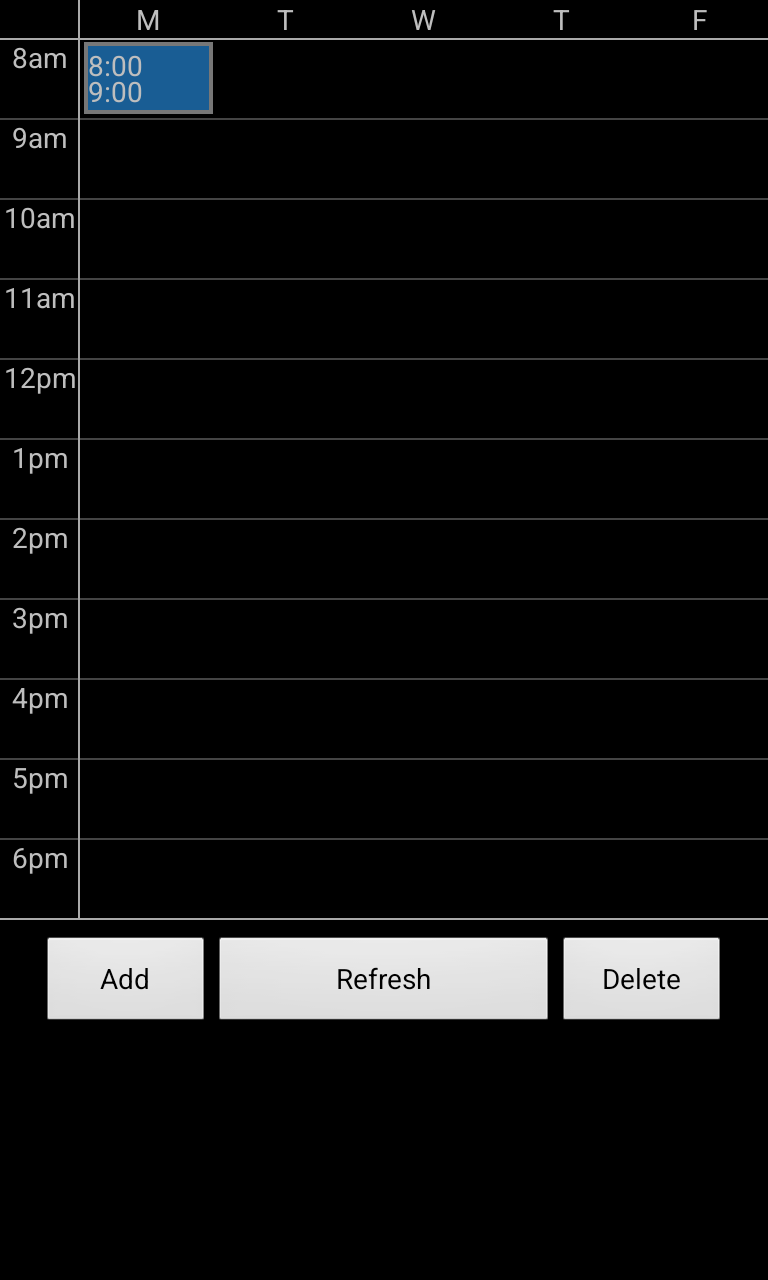
Repository: appsfactory/OfficeHours
Layout: OfficeHoursClient/res/layout/activity_schedule_view.xml
The author's editor kept a copy of each file at every save. The layout is drawn from the files as they stood at one save, then again after the next save.
It is drawn on a 768 x 1280 px phone screen (xhdpi) without system bars, with theme AppTheme; the app's code is not run.

Above is the layout before, as saved 2012-09-27 18:13:41.

After the next save:
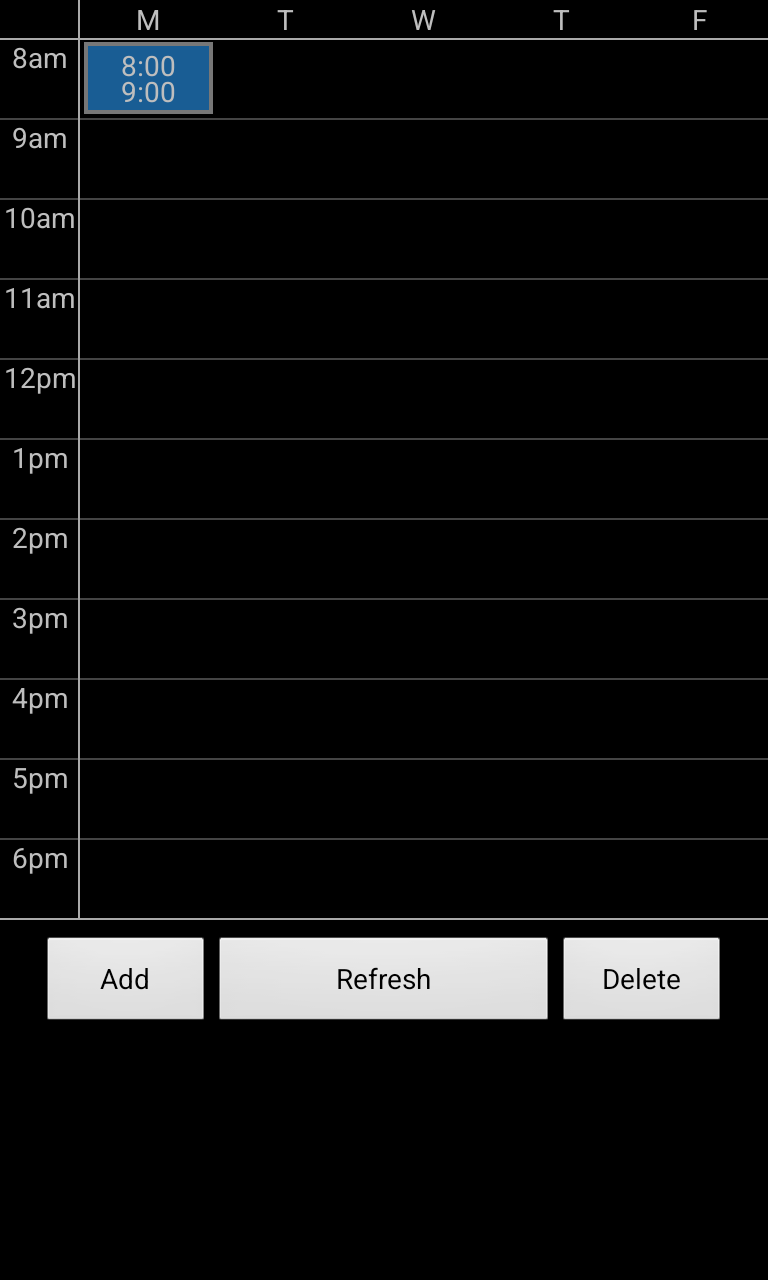
Saved 23 s later.
--- a/OfficeHoursClient/res/layout/activity_schedule_view.xml
+++ b/OfficeHoursClient/res/layout/activity_schedule_view.xml
@@ -247,12 +247,14 @@
 							    	android:layout_width="fill_parent"
 							    	android:layout_height="wrap_content"
 							    	android:layout_alignParentTop="true"
-							    	android:text="8:00"/>
+							    	android:text="8:00"
+							    	android:gravity="center_horizontal"/>
 							    <TextView
 							    	android:layout_width="fill_parent"
 							    	android:layout_height="wrap_content"
 							    	android:layout_alignParentBottom="true"
-							    	android:text="9:00"/>
+							    	android:text="9:00"
+							    	android:gravity="center_horizontal"/>
 
 							</RelativeLayout>
 
